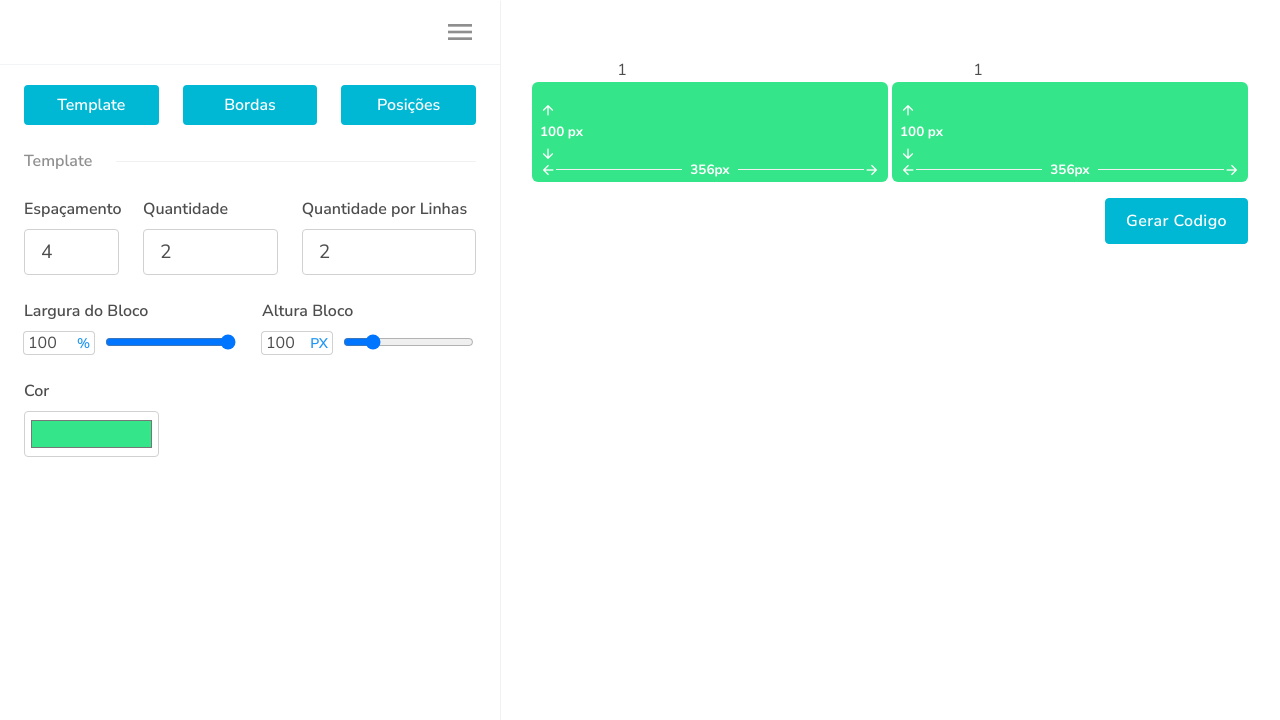
Repository: Flintdl/lowcode-elements
Page: /
An editor plug-in stored every save of this project. The page is shown before and after the next save, followed by the edit.
The browser window is 1280 px wide. The pictures show the whole page.
The project was rebuilt for these pictures with package versions that can differ from the ones it lists, and the page was loaded fresh each time. Also part of the build but not shown: vue.config.js.

Above is the page before, as saved 2022-04-06 13:56:31.

After the next save:
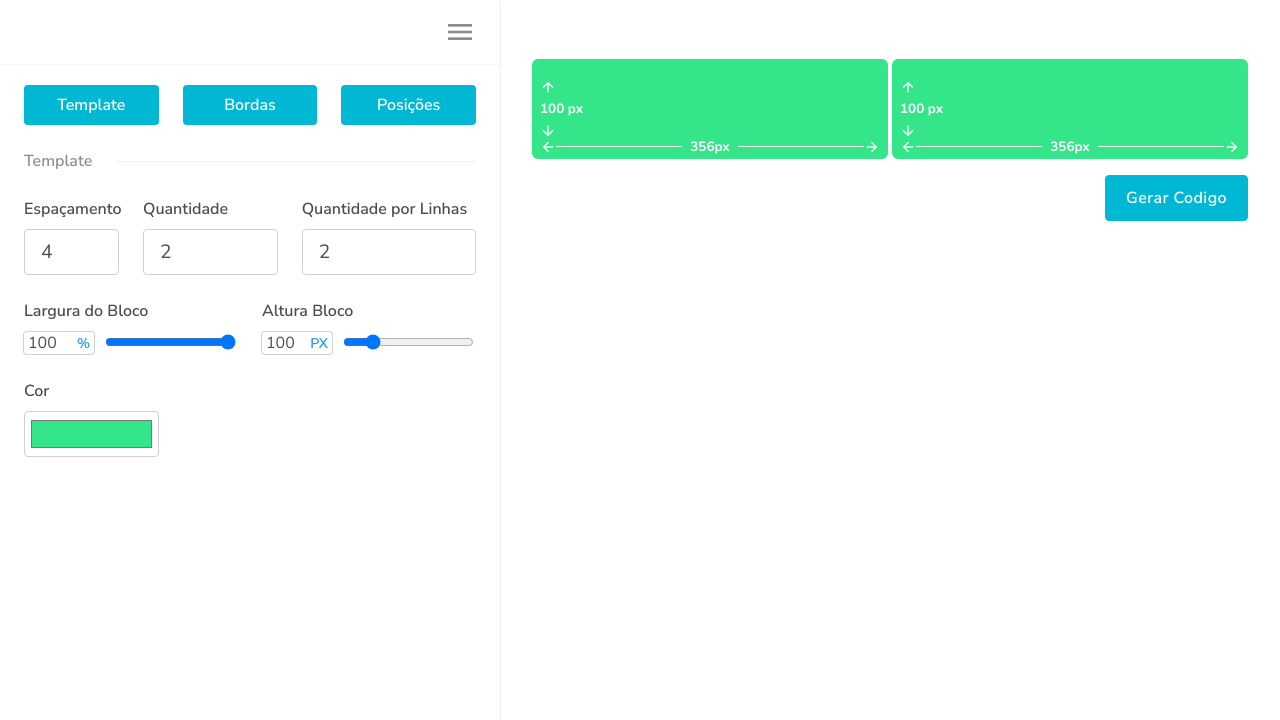
Saved 11 s later.
--- a/src/views/HomeView.vue
+++ b/src/views/HomeView.vue
@@ -22,7 +22,7 @@
                 <div
                   style="left: 0"
                   :style="widthProps1"
-                  class="sf-position-relative"
+                  class="sf-position-absolute"
                 >
                   1
                 </div>
